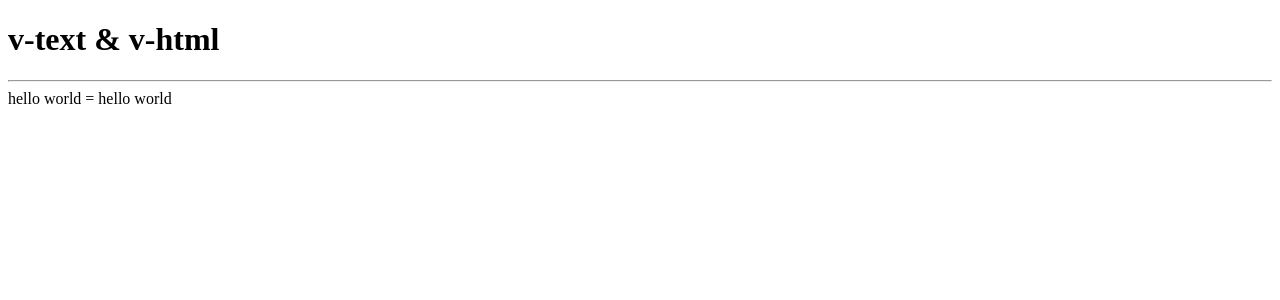
Repository: 13982720426/vue2.0-LearningNotes
Page: example/v-text.html
An editor plug-in stored every save of this project. The page is shown before and after the next save, followed by the edit.
The browser window is 1280 px wide. The pictures show the whole page.

Above is the page before, as saved 2021-06-17 19:49:32.

After the next save:
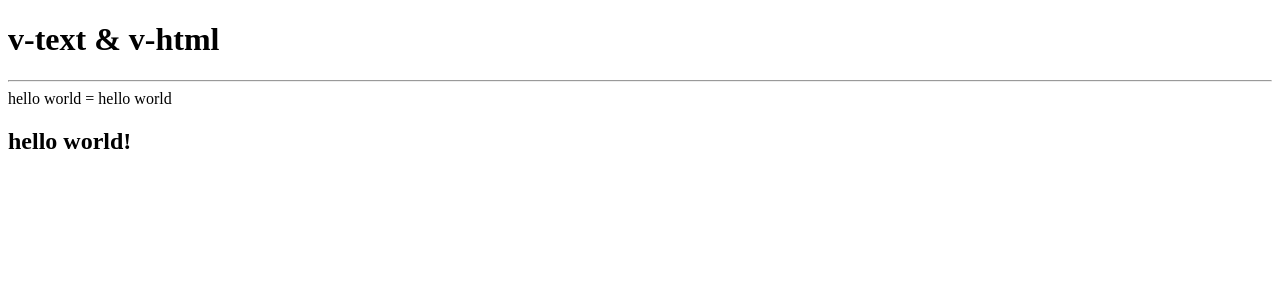
Saved 30 s later.
--- a/example/v-text.html
+++ b/example/v-text.html
@@ -15,13 +15,14 @@
       =
       <span v-text="message"></span>
       <br />
+      <span v-html="dodo"></span>
     </div>
     <script type="text/javascript">
       var app = new Vue({
         el: '#app',
         data: {
           message: 'hello world',
-          dodo: '<h2></h2>',
+          dodo: '<h2>hello world!</h2>',
         },
       });
     </script>
